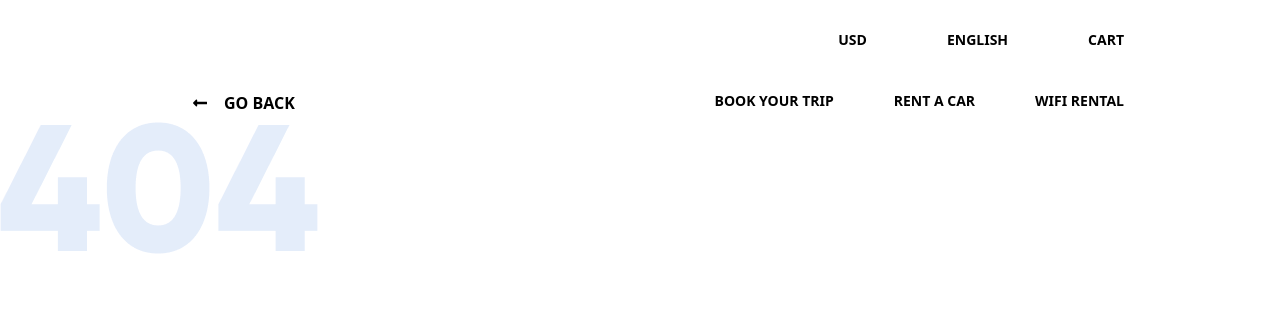
Repository: uh-sman/Iceland
Page: /
These files come from the project's save history. The page is drawn as it stood at one moment and after the next save; the edit follows.
The browser window is 1280 px wide. The pictures show the whole page.
The project was rebuilt for these pictures with package versions that can differ from the ones it lists, and the page was loaded fresh each time.

Above is the page before, as saved 2022-09-08 21:24:16.

After the next save:
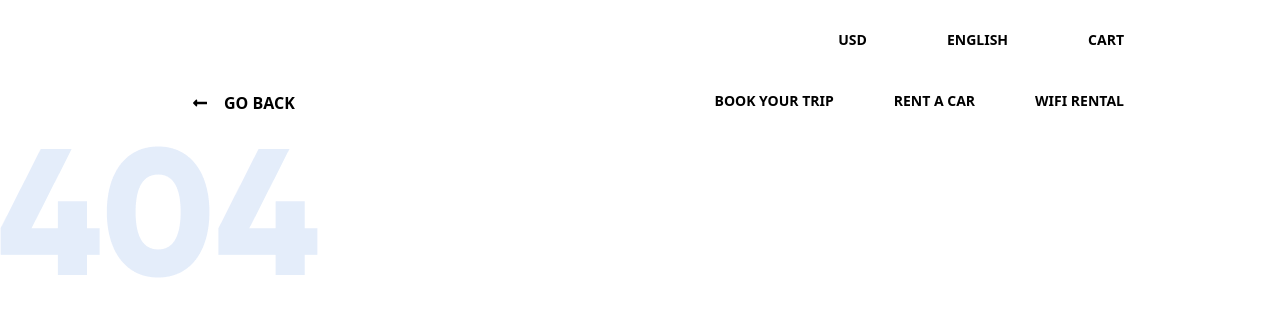
Saved 40 s later.
--- a/src/components/Hero.js
+++ b/src/components/Hero.js
@@ -4,7 +4,7 @@ export const Hero = () => {
   return (
     <div>
       <div>
-        <img src={four} className="absolute" />
+        <img src={four} className="absolute left-[] top-[146px]" />
       </div>
     </div>
   );
